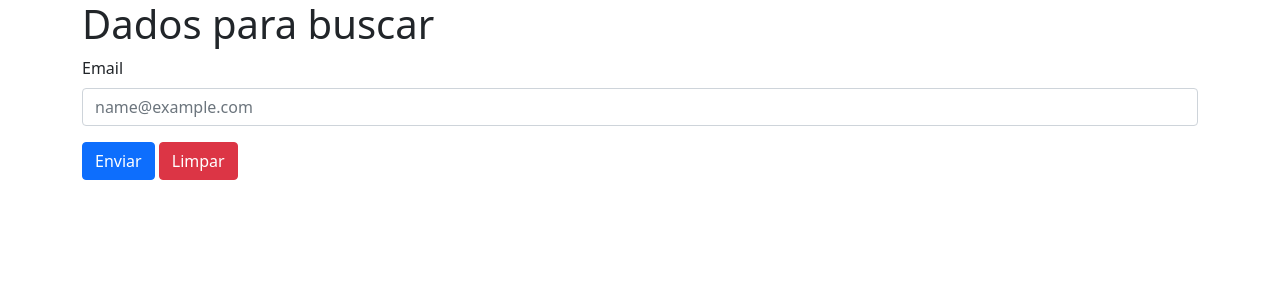
Repository: Marcelinalima/Java_JSP
Page: projeto_pesquisa/src/main/webapp/BuscaPesquisa.html
The author's editor kept a copy of each file at every save. The page is drawn from the files as they stood at one save, then again after the next save.
The browser window is 1280 px wide. The pictures show the whole page.

Above is the page before, as saved 2023-04-14 14:46:39.

### projeto_pesquisa/src/main/webapp/BuscaPesquisa.html
<!DOCTYPE html>
<html>
<head>
<link
	href="https://cdn.jsdelivr.net/npm/bootstrap@5.0.2/dist/css/bootstrap.min.css"
	rel="stylesheet"
	integrity="sha384-EVSTQN3/azprG1Anm3QDgpJLIm9Nao0Yz1ztcQTwFspd3yD65VohhpuuCOmLASjC"
	crossorigin="anonymous">
<meta charset="ISO-8859-1">
<title>Busca dados de uma pesquisa</title>
</head>
<body>

  <div class="container">

	<h1>Dados para buscar</h1>

    <form action="projeto_pesquisa/PesquisaBuscaServlet" method="post">

		<div class="mb-3">
		  <label class="form-label">Email</label>
		  <input type="email" name="p_email" class="form-control" size="20" placeholder="name@example.com">
		</div>

		<button type="submit" class="btn btn-primary">Enviar</button>
		<button type="reset" class="btn btn-danger">Limpar</button>

	</form>
</div>


<script
		src="https://cdn.jsdelivr.net/npm/bootstrap@5.0.2/dist/js/bootstrap.bundle.min.js"
		integrity="sha384-MrcW6ZMFYlzcLA8Nl+NtUVF0sA7MsXsP1UyJoMp4YLEuNSfAP+JcXn/tWtIaxVXM"
		crossorigin="anonymous"></script>
</body>
</html>

After the next save:
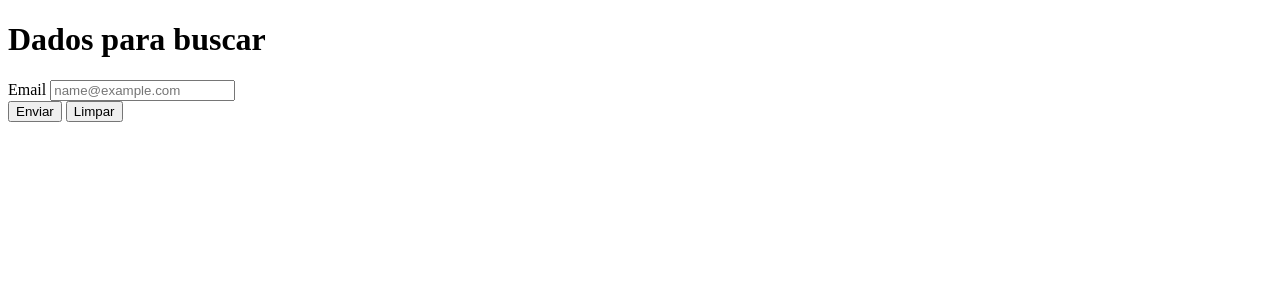
Saved 5 min 22 s later.
--- a/projeto_pesquisa/src/main/webapp/BuscaPesquisa.html
+++ b/projeto_pesquisa/src/main/webapp/BuscaPesquisa.html
@@ -1,11 +1,7 @@
 <!DOCTYPE html>
 <html>
 <head>
-<link
-	href="https://cdn.jsdelivr.net/npm/bootstrap@5.0.2/dist/css/bootstrap.min.css"
-	rel="stylesheet"
-	integrity="sha384-EVSTQN3/azprG1Anm3QDgpJLIm9Nao0Yz1ztcQTwFspd3yD65VohhpuuCOmLASjC"
-	crossorigin="anonymous">
+
 <meta charset="ISO-8859-1">
 <title>Busca dados de uma pesquisa</title>
 </head>
@@ -29,9 +25,6 @@
 </div>
 
 
-<script
-		src="https://cdn.jsdelivr.net/npm/bootstrap@5.0.2/dist/js/bootstrap.bundle.min.js"
-		integrity="sha384-MrcW6ZMFYlzcLA8Nl+NtUVF0sA7MsXsP1UyJoMp4YLEuNSfAP+JcXn/tWtIaxVXM"
-		crossorigin="anonymous"></script>
+
 </body>
 </html>
